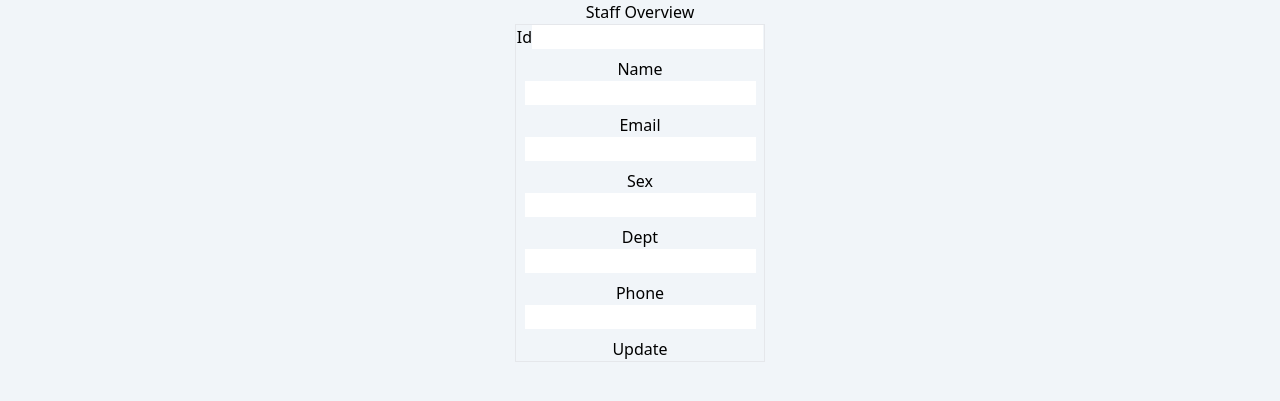
Repository: Semanmernstack/crud
Page: /employee/create
The author's editor kept a copy of each file at every save. The page is drawn from the files as they stood at one save, then again after the next save.
The browser window is 1280 px wide. The pictures show the whole page.
The project was rebuilt for these pictures with package versions that can differ from the ones it lists, and the page was loaded fresh each time. Also part of the build but not shown: src/List.js, src/Details.js, src/Edit.js.

Above is the page before, as saved 2022-12-24 01:31:21.

After the next save:
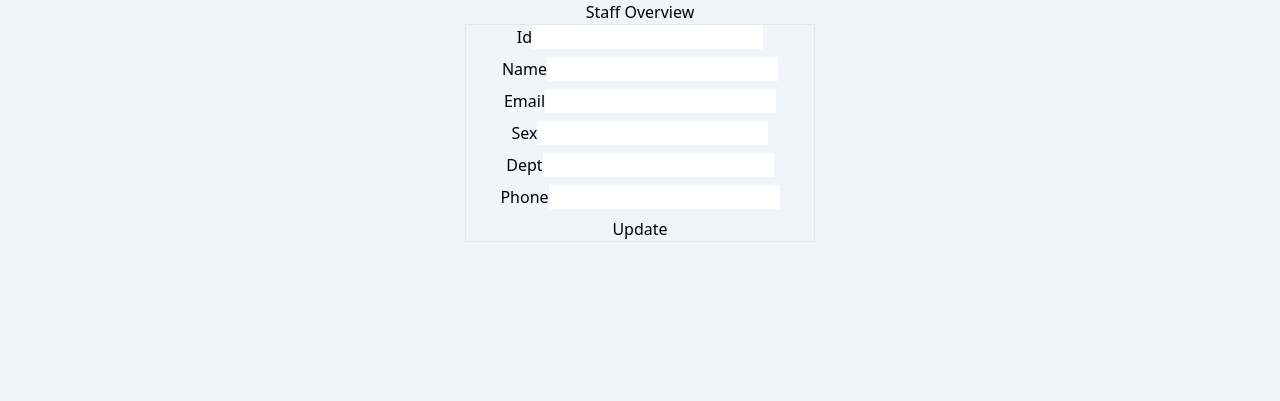
Saved 15 s later.
--- a/src/Create.js
+++ b/src/Create.js
@@ -7,7 +7,7 @@ function Create() {
             <p>Staff Overview</p>
         </div>
         <form >
-          <div className="flex text-center justify-center mx-auto items-center border w-[250px] flex-col gap-2">
+          <div className="flex text-center justify-center mx-auto items-center border w-[350px] flex-col gap-2">
             <div>
               <span>Id</span>
               <input type="text" />
